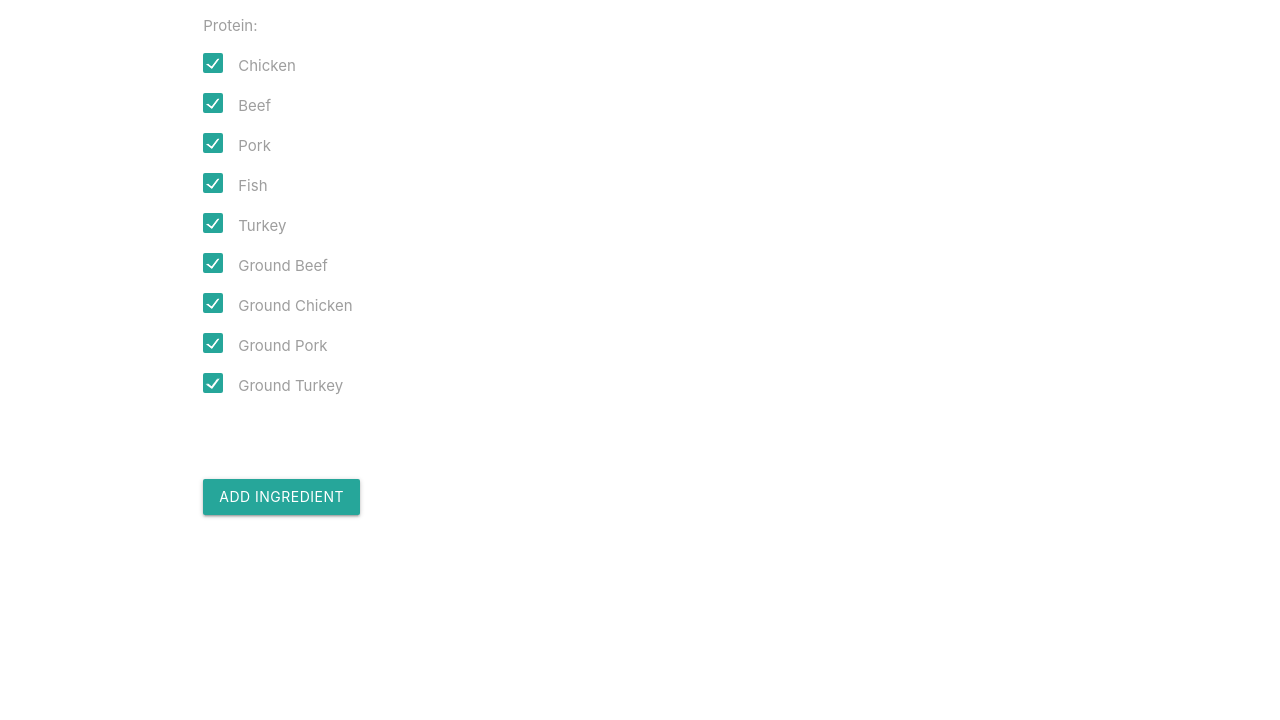
Repository: Aaron-R-Carter/Project1
Page: prototype.html
The author's editor kept a copy of each file at every save. The page is drawn from the files as they stood at one save, then again after a run of saves.
The browser window is 1280 px wide. The pictures show the whole page.

Above is the page before, as saved 2019-10-31 23:16:04.
Console error: SyntaxError: Unexpected token '<'

### prototype.html
<!DOCTYPE html>
<html>

<head>
    <!--Import Google Icon Font-->
    <link href="https://fonts.googleapis.com/icon?family=Material+Icons" rel="stylesheet">
    <!--Import materialize.css-->
    <link rel="stylesheet" href="https://cdnjs.cloudflare.com/ajax/libs/materialize/1.0.0/css/materialize.min.css">
    <link rel="stylesheet" href="./prototype.css">
    <!--Let browser know website is optimized for mobile-->
    <meta name="viewport" content="width=device-width, initial-scale=1.0" />

</head>

<body>

    <div class="container">
        <div id="check-box" class="row">
            <div class="input-field col m3">

                <form action="#">
                    <label type="text" class="label">Protein:</label>
                    <p>
                        <label>
                            <input type="checkbox" class="filled-in" checked="checked" />
                            <span>Chicken</span>
                        </label>
                    </p>
                    <p>
                        <label>
                            <input type="checkbox" class="filled-in" checked="checked" />
                            <span>Beef</span>
                        </label>
                    </p>
                    <p>
                        <label>
                            <input type="checkbox" class="filled-in" checked="checked" />
                            <span>Pork</span>
                        </label>
                    </p>
                    <p>
                        <label>
                            <input type="checkbox" class="filled-in" checked="checked" />
                            <span>Fish</span>
                        </label>
                    </p>
                    <p>
                        <label>
                            <input type="checkbox" class="filled-in" checked="checked" />
                            <span>Turkey</span>
                        </label>
                    </p>
                    <p>
                        <label>
                            <input type="checkbox" class="filled-in" checked="checked" />
                            <span>Ground Beef</span>
                        </label>
                    </p>
                    <p>
                        <label>
                            <input type="checkbox" class="filled-in" checked="checked" />
                            <span>Ground Chicken</span>
                        </label>
                    </p>
                    <p>
                        <label>
                            <input type="checkbox" class="filled-in" checked="checked" />
                            <span>Ground Pork</span>
                        </label>
                    </p>
                    <p>
                        <label>
                            <input type="checkbox" class="filled-in" checked="checked" />
                            <span>Ground Turkey</span>
                        </label>
                    </p>

                    <div class="input-field col s6"></div>
                </form>
            </div>


        </div>
        <form id="ingredient-add-btn" class="row">

            <!-- Button will trigger new ingredient to be added -->
            <div class="col s 12">
                <input id="add " class="btn btn-primary mb-2" type="submit" value="add ingredient">
            </div>
        </form>


        <div id="ingredient-view-button"></div>

    </div>



    <script src="https://code.jquery.com/jquery-3.4.1.min.js"
        integrity="sha256-CSXorXvZcTkaix6Yvo6HppcZGetbYMGWSFlBw8HfCJo=" crossorigin="anonymous"></script>
    <script src="https://cdnjs.cloudflare.com/ajax/libs/materialize/1.0.0/js/materialize.min.js"></script>
    <script src="./script.js"></script>

</body>

</html>

### prototype.css
#form-page {
    width: 100%;

    border: 2px solid black;
}
.label {
    font-size: 15px;
}
#ingredient-input {
    width: 100%;
    height: 200px;
    border: 2px solid black;
}

### script.js

    <div id="left-box">
    <form id="ingredient-form">
        <label for="ingredient-input">List of Ingredients:</label>
        <br>
        <input type="text" id="ingredient-input" placeholder="Ingredients">

        <!-- Button will trigger new ingredients to be added -->
        <input id="add " class="btn btn-primary mb-2" type="submit" value="Add a zipcode">
    </form>

    <div id="zipcode-view"></div>
</div>

After the next 3 saves:
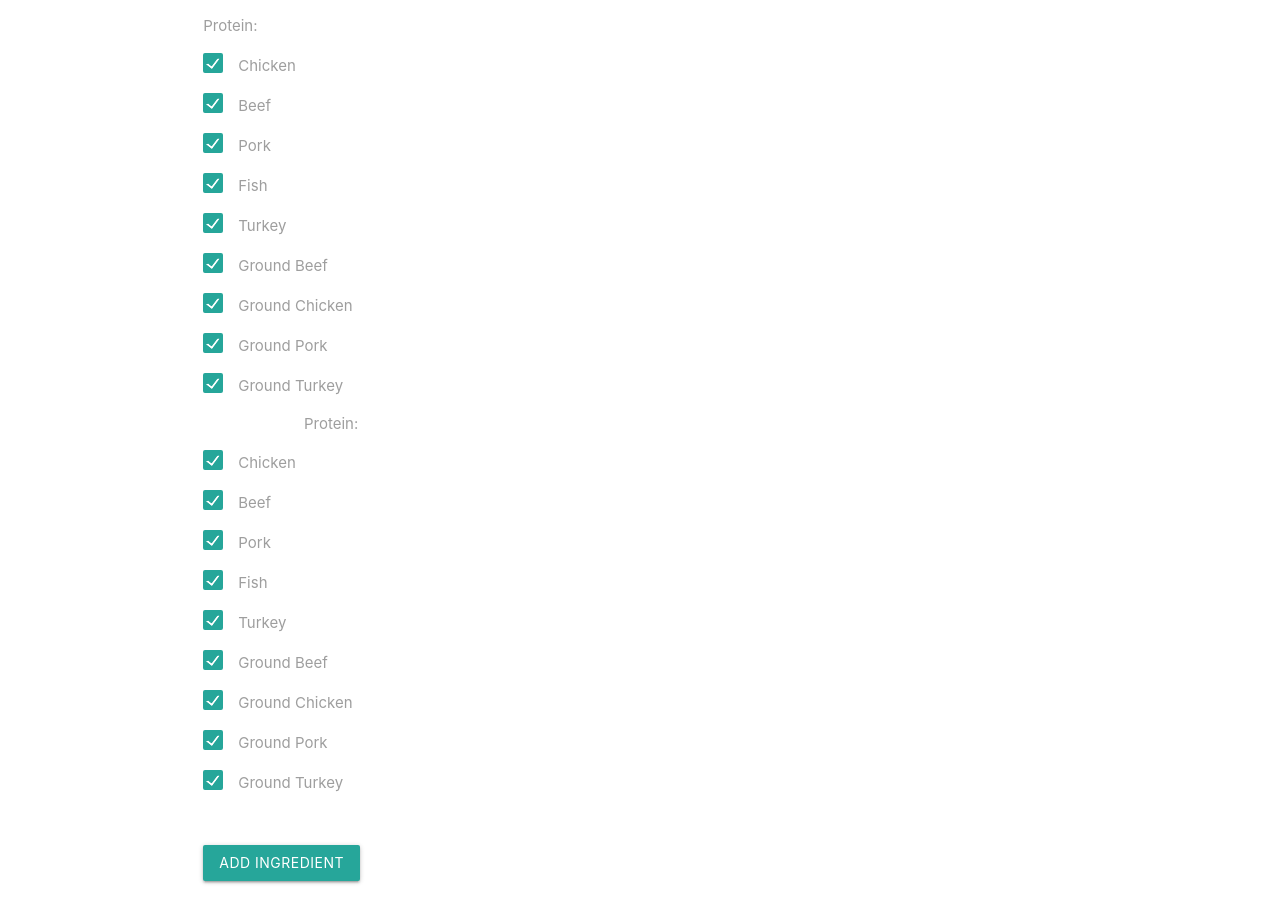
The 3 saves are shown as one change because they came seconds apart.
The last was saved 3 min 55 s later.
--- a/prototype.html
+++ b/prototype.html
@@ -76,6 +76,63 @@
                     </p>
 
                     <div class="input-field col s6"></div>
+
+                    <form action="#">
+                            <label type="text" class="label">Protein:</label>
+                            <p>
+                                <label>
+                                    <input type="checkbox" class="filled-in" checked="checked" />
+                                    <span>Chicken</span>
+                                </label>
+                            </p>
+                            <p>
+                                <label>
+                                    <input type="checkbox" class="filled-in" checked="checked" />
+                                    <span>Beef</span>
+                                </label>
+                            </p>
+                            <p>
+                                <label>
+                                    <input type="checkbox" class="filled-in" checked="checked" />
+                                    <span>Pork</span>
+                                </label>
+                            </p>
+                            <p>
+                                <label>
+                                    <input type="checkbox" class="filled-in" checked="checked" />
+                                    <span>Fish</span>
+                                </label>
+                            </p>
+                            <p>
+                                <label>
+                                    <input type="checkbox" class="filled-in" checked="checked" />
+                                    <span>Turkey</span>
+                                </label>
+                            </p>
+                            <p>
+                                <label>
+                                    <input type="checkbox" class="filled-in" checked="checked" />
+                                    <span>Ground Beef</span>
+                                </label>
+                            </p>
+                            <p>
+                                <label>
+                                    <input type="checkbox" class="filled-in" checked="checked" />
+                                    <span>Ground Chicken</span>
+                                </label>
+                            </p>
+                            <p>
+                                <label>
+                                    <input type="checkbox" class="filled-in" checked="checked" />
+                                    <span>Ground Pork</span>
+                                </label>
+                            </p>
+                            <p>
+                                <label>
+                                    <input type="checkbox" class="filled-in" checked="checked" />
+                                    <span>Ground Turkey</span>
+                                </label>
+                            </p>
                 </form>
             </div>
 
